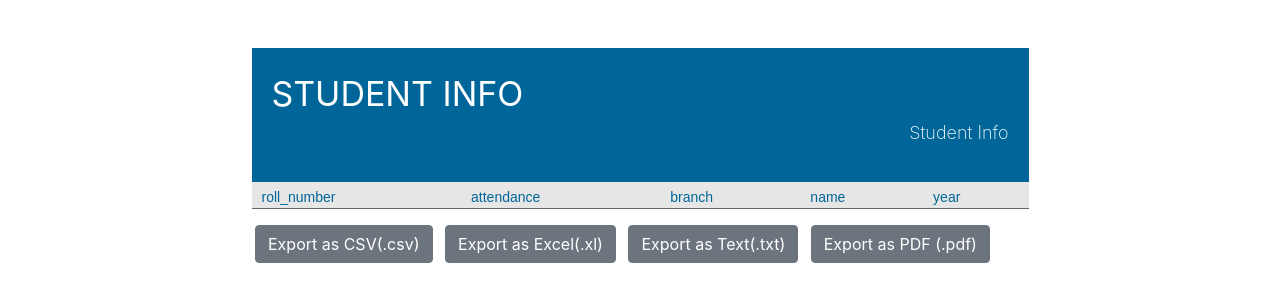
Repository: supranshu/CrystalReportGenerator
Page: http://localhost/produce_report
An editor plug-in stored every save of this project. The page is shown before and after the next save, followed by the edit.
The browser window is 1280 px wide. The pictures show the whole page.
The page is this project's Thymeleaf template; nobody is signed in. The template is opened directly, without the code that normally fills it, so the values that code supplies are empty.

Above is the page before, as saved 2023-08-07 13:16:01.

### com.report/src/main/resources/templates/produce_report.html
<!DOCTYPE html>
<html xmlns:th="http://www.thymeleaf.org">
<head>
    <meta charset="UTF-8">
    <title>Produce Report</title>
    <link rel="stylesheet" href="https://maxcdn.bootstrapcdn.com/bootstrap/4.5.2/css/bootstrap.min.css">
    <style>
        /* Apply CSS styles here to mimic the appearance of the JRXML table */
        /* You can use inline styles or link to an external CSS file */
        /* Example styles to get you started */
        table {
            border-collapse: collapse;
            font-family: "Arial", sans-serif;
            width: 70%;
	        margin: 0 auto; /* Center the table horizontally */
        }

        th, td {
            padding: 8px;
            text-align: left;
            border: 1px solid #ddd;
            border: none; /* Reset all borders */
        	border-bottom: 1px solid #666666; /* Add bottom border */
        }
        th {
            font-size: 14px;
            font-weight: 100;
            background-color: #E6E6E6;
            color: #006699;
            padding: 5px 10px 0;

        }

        td {
            font-size: 14px;
            font-weight: 500;
        }

        .page-header {
            background-color: #006699;
            color: #FFFFFF;
            text-align: left;
            font-size: 34px;
            font-weight: 400;
            padding: 20px;
            width: 70%;
	        margin: 0 auto;
        }
        .page-header p{
        	text-align: right;
        	font-size: 18px;
        	font-weight: 150;

        }
        .btn-links{
        	margin-left:170px;
        }
    </style>

</head>

<body>
    <div class="container mt-5">
	        <div class="page-header">
		        STUDENT INFO
		        <p>Student Info</p>
		    </div>

			    <table>
			        <thead>
			            <tr>
			                <th>roll_number</th>
			                <th>attendance</th>
			                <th>branch</th>
			                <th>name</th>
			                <th>year</th>
			            </tr>
			        </thead>
			        <tbody>
			            <!-- Loop through students and generate table rows -->
			            <tr th:each="student : ${students}">
			                <td th:text="${student.rollNumber}">Roll Number</td>
			                <td th:text="${student.attendance}">Attendance</td>
			                <td th:text="${student.branch}">Branch</td>
			                <td th:text="${student.name}">Name</td>
			                <td th:text="${student.year}">Year</td>
			            </tr>
			        </tbody>
			    </table>









        <div class="mt-3 btn-links">
            <a class="btn btn-secondary mr-2" th:href="@{/export/csv(year=${year}, branch=${branch})}" target="_blank">Export as CSV(.csv)</a>
            <a class="btn btn-secondary mr-2" th:href="@{/export/excel(year=${year}, branch=${branch})}" target="_blank">Export as Excel(.xl)</a>
            <a class="btn btn-secondary mr-2" th:href="@{/export/notepad(year=${year}, branch=${branch})}" target="_blank">Export as Text(.txt)</a>
            <a class="btn btn-secondary" th:href="@{/export/pdf(year=${year}, branch=${branch})}" target="_blank">Export as PDF (.pdf)</a>
        </div>
    </div>


</body>
</html>

After the next save:
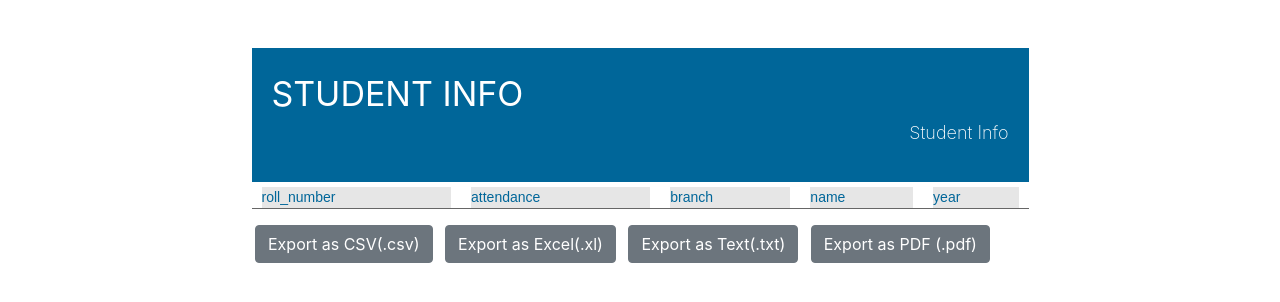
Saved 51 s later.
--- a/com.report/src/main/resources/templates/produce_report.html
+++ b/com.report/src/main/resources/templates/produce_report.html
@@ -20,7 +20,8 @@
             text-align: left;
             border: 1px solid #ddd;
             border: none; /* Reset all borders */
-        	border-bottom: 1px solid #666666; /* Add bottom border */
+        	border-bottom: 1px solid #666666;
+        	background-clip: content-box; /* Add bottom border */
         }
         th {
             font-size: 14px;
